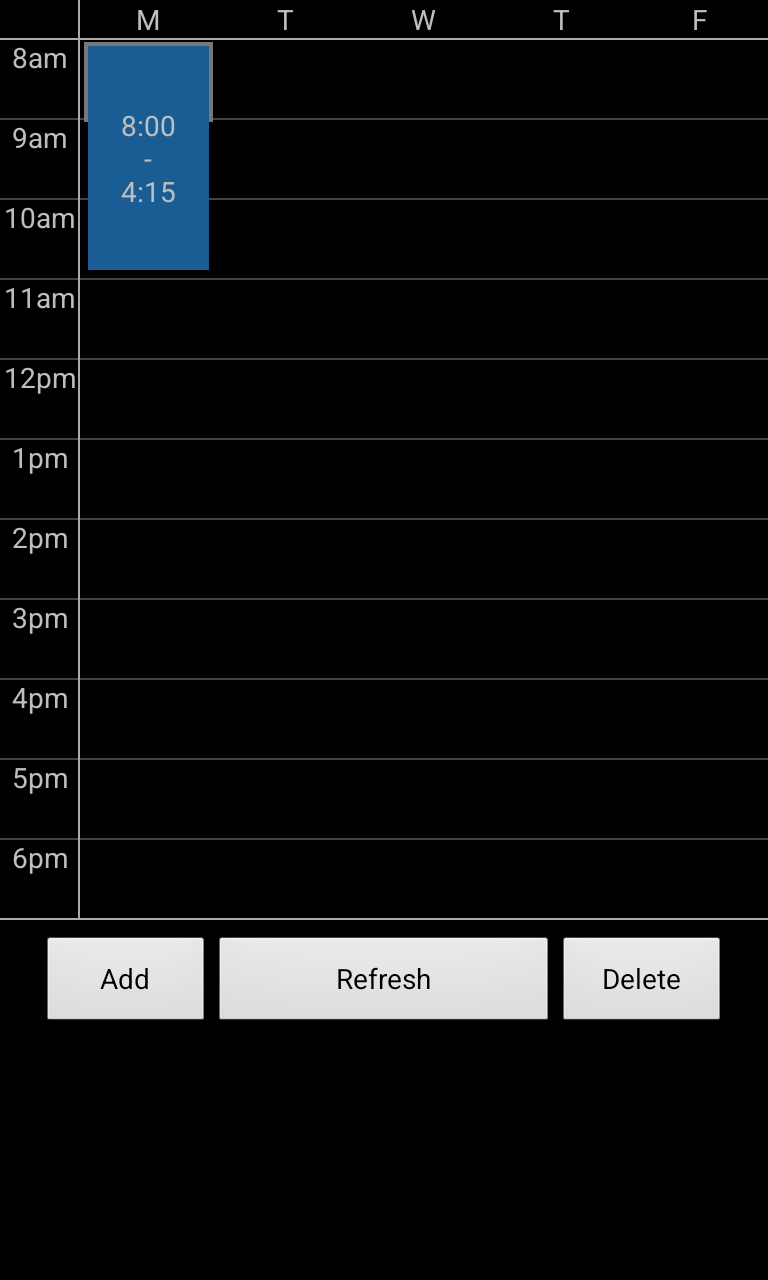
Repository: appsfactory/OfficeHours
Layout: OfficeHoursClient/res/layout/activity_schedule_view.xml
The author's editor kept a copy of each file at every save. The layout is drawn from the files as they stood at one save, then again after the next save.
It is drawn on a 768 x 1280 px phone screen (xhdpi) without system bars, with theme AppTheme; the app's code is not run.

Above is the layout before, as saved 2012-09-27 18:06:08.

After the next save:
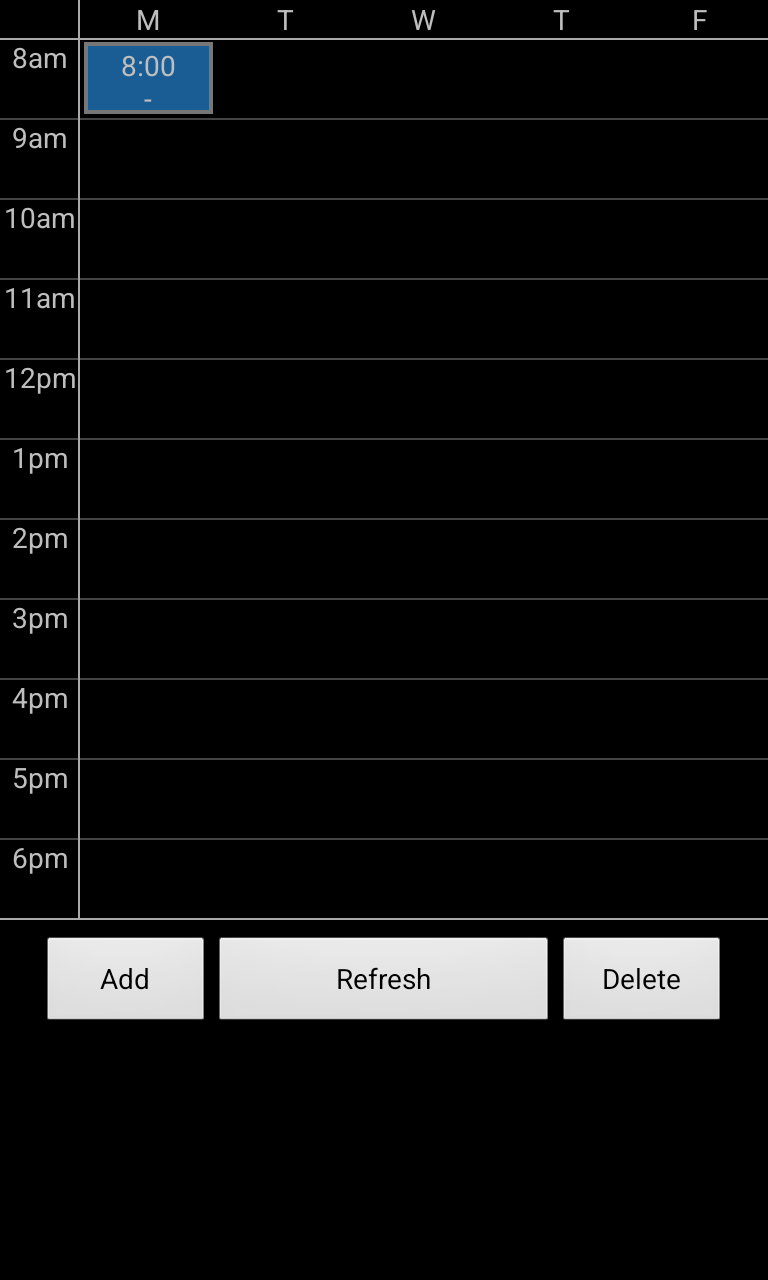
Saved 9 s later.
--- a/OfficeHoursClient/res/layout/activity_schedule_view.xml
+++ b/OfficeHoursClient/res/layout/activity_schedule_view.xml
@@ -237,11 +237,11 @@
                             android:layout_height="match_parent"
                             android:layout_weight="1" >
 
-							<View android:background="#777" android:layout_width = "fill_parent" android:layout_height="40dp" android:layout_margin="2dp" />
+							<View android:background="#777" android:layout_width = "fill_parent" android:layout_height="36dp" android:layout_margin="2dp" />
 
 							<TextView
 							    android:layout_width="fill_parent"
-							    android:layout_height="112dp"
+							    android:layout_height="32dp"
 							    android:layout_margin="4dp"
 							    android:background="#195D94"
 							    android:gravity="center"
